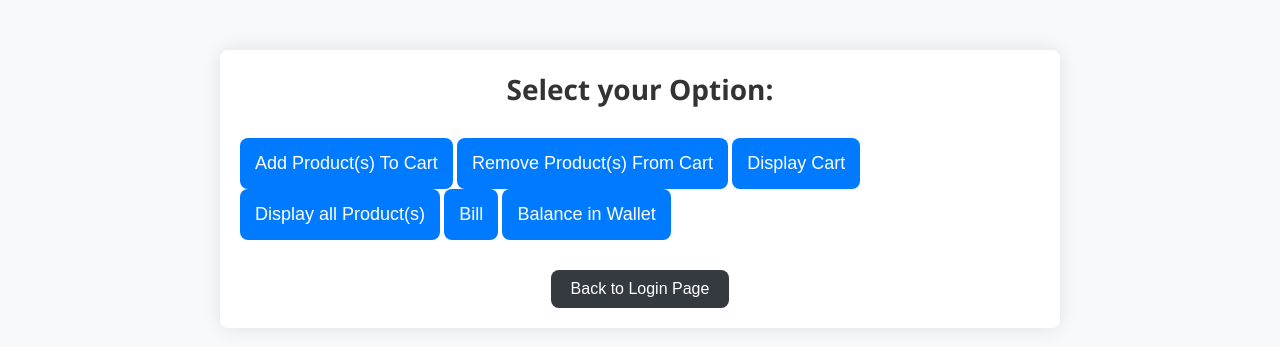
Repository: palakbari/Spring-MVC
Page: http://localhost/ShoppingSystem/customer_menu.jsp
The author's editor kept a copy of each file at every save. The page is drawn from the files as they stood at one save, then again after the next save.
The browser window is 1280 px wide. The pictures show the whole page.
The page is served by Tomcat 9. Other server files are loaded and not shown.

Above is the page before, as saved 2024-06-06 16:20:34.

### ShoppingSystem/src/main/webapp/customer_menu.jsp
<%@ page language="java" contentType="text/html; charset=UTF-8" pageEncoding="UTF-8"%>
<!DOCTYPE html>
<html>
<head>
    <meta charset="UTF-8">
    <title>Customer Menu</title>
    <style>
        body {
            font-family: 'Segoe UI', Tahoma, Geneva, Verdana, sans-serif;
            margin: 0;
            padding: 0;
            background-color: #f8f9fa;
        }
        .container {
            max-width: 800px;
            margin: 50px auto;
            padding: 20px;
            background-color: #fff;
            border-radius: 8px;
            box-shadow: 0 0 20px rgba(0, 0, 0, 0.1);
        }
        h2 {
            margin-top: 0;
            font-size: 28px;
            color: #333;
            text-align: center;
        }
        .button-container {
            margin-top: 30px;
            display: flex;
            flex-wrap: wrap;
            justify-content: space-between;
        }
        .button {
            flex: 0 0 48%;
            padding: 15px;
            font-size: 18px;
            text-align: center;
            background-color: #007bff;
            color: #fff;
            border: none;
            border-radius: 8px;
            cursor: pointer;
            transition: background-color 0.3s ease;
        }
        .button:hover {
            background-color: #0056b3;
        }
        .back-button {
            margin-top: 30px;
            text-align: center;
        }
        .back-button button, .back-button a {
            display: inline-block;
            vertical-align: middle;
            padding: 10px 20px;
            font-size: 16px;
            background-color: #343a40;
            color: #fff;
            border: none;
            border-radius: 8px;
            cursor: pointer;
            text-decoration: none;
            transition: background-color 0.3s ease;
        }
        .back-button button:hover, .back-button a:hover {
            background-color: #212529;
        }
        .back-button a {
            margin-left: 10px;
        }
    </style>
</head>
<body>
    <div class="container">
        <h2>Select your Option:</h2>
        <div class="button-container">
            <form action="customer">
                <button onclick="form.action='addProductsToCart'" class="button">Add Product(s) To Cart</button>
                <button onclick="form.action='removeProductsFromCart'" class="button">Remove Product(s) From Cart</button>
                <button onclick="form.action='displayProductsFromCart'" class="button">Display Cart</button>
                <button onclick="form.action='displayProductsToCustomer'" class="button">Display all Product(s)</button>
                <button onclick="form.action='displayandpayBill'" class="button">Bill</button>
                <button onclick="form.action='addBalance'" class="button">Balance in Wallet</button>
            </form>
        </div>
        <div class="back-button">
            <form>
                <button type="button" onclick="window.location.href='index.jsp'" class="button">Back to Login Page</button>
            </form>
        </div>
    </div>
</body>
</html>

After the next save:
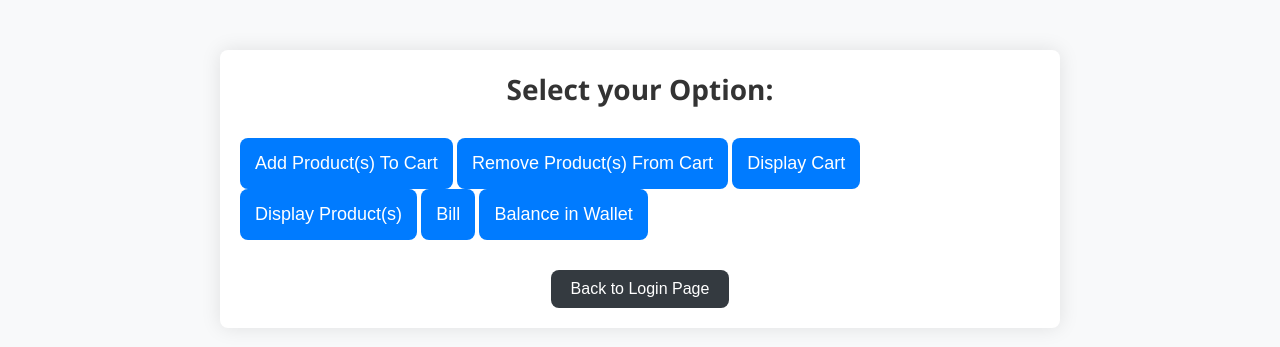
Saved 14 s later.
--- a/ShoppingSystem/src/main/webapp/customer_menu.jsp
+++ b/ShoppingSystem/src/main/webapp/customer_menu.jsp
@@ -79,7 +79,7 @@
                 <button onclick="form.action='addProductsToCart'" class="button">Add Product(s) To Cart</button>
                 <button onclick="form.action='removeProductsFromCart'" class="button">Remove Product(s) From Cart</button>
                 <button onclick="form.action='displayProductsFromCart'" class="button">Display Cart</button>
-                <button onclick="form.action='displayProductsToCustomer'" class="button">Display all Product(s)</button>
+                <button onclick="form.action='displayProductsToCustomer'" class="button">Display Product(s)</button>
                 <button onclick="form.action='displayandpayBill'" class="button">Bill</button>
                 <button onclick="form.action='addBalance'" class="button">Balance in Wallet</button>
             </form>
